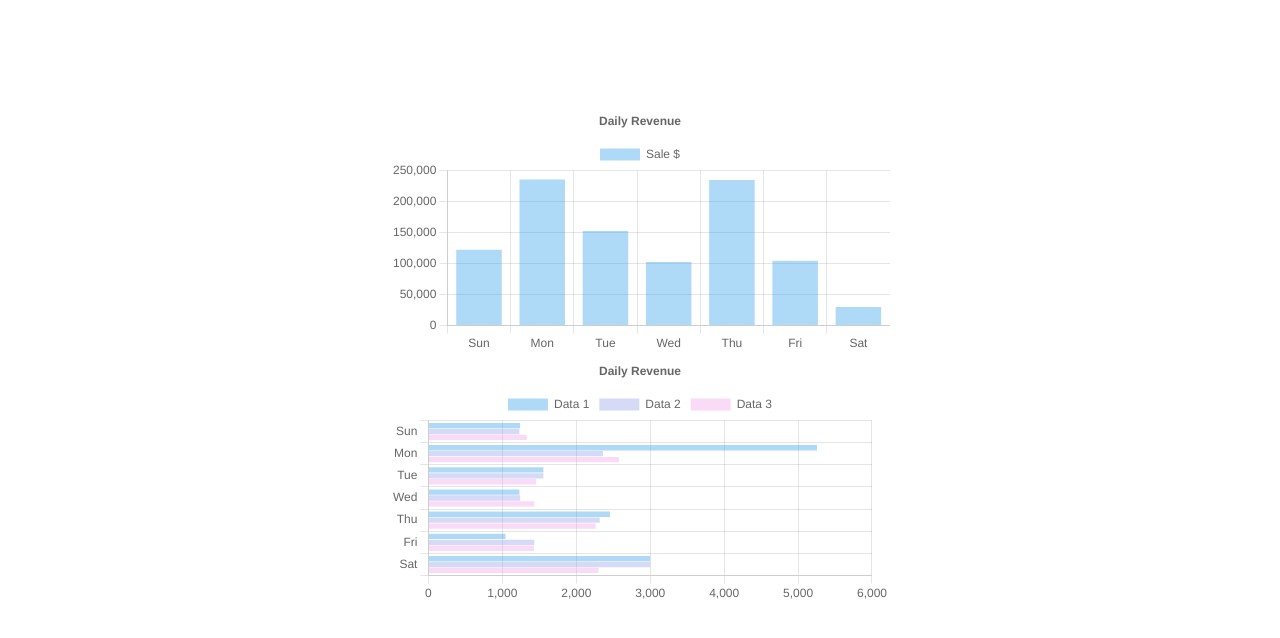
Repository: k8ANStar/exercise-5
Page: /
An editor plug-in stored every save of this project. The page is shown before and after the next save, followed by the edit.
The browser window is 1280 px wide. The pictures show the whole page.
The project was rebuilt for these pictures with package versions that can differ from the ones it lists, and the page was loaded fresh each time. The framework's server and built-in components were replaced by stand-ins that run in the browser. Also part of the build but not shown: next.config.mjs.

Above is the page before, as saved 2024-04-15 10:30:06.

After the next save:
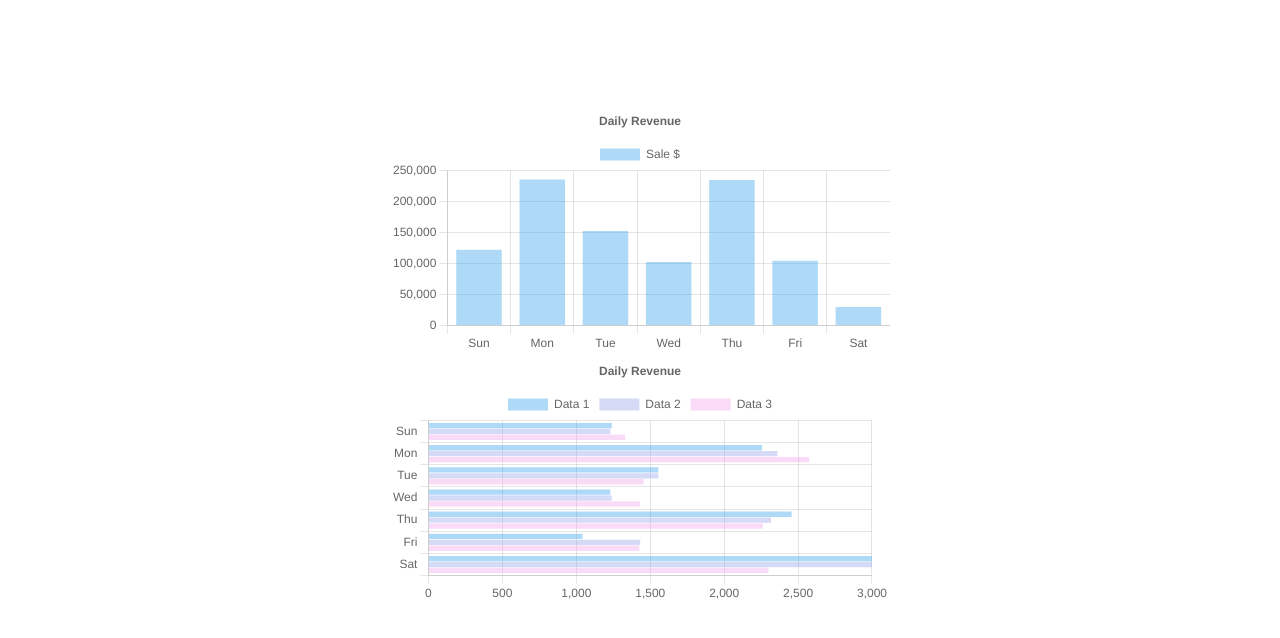
Saved 6 s later.
--- a/components/HorizontalChart/index.js
+++ b/components/HorizontalChart/index.js
@@ -33,7 +33,7 @@ export default function HorizontalChart() {
 			datasets: [
 				{
 					label: "Data 1",
-					data: [1240, 5256, 1555, 1230, 2456, 1042, 3000],
+					data: [1240, 2256, 1555, 1230, 2456, 1042, 3000],
 					borderColor: "rgb(53, 162, 235)",
 					backgroundColor: "rgb(53, 162, 235, 0.4)",
 				},
